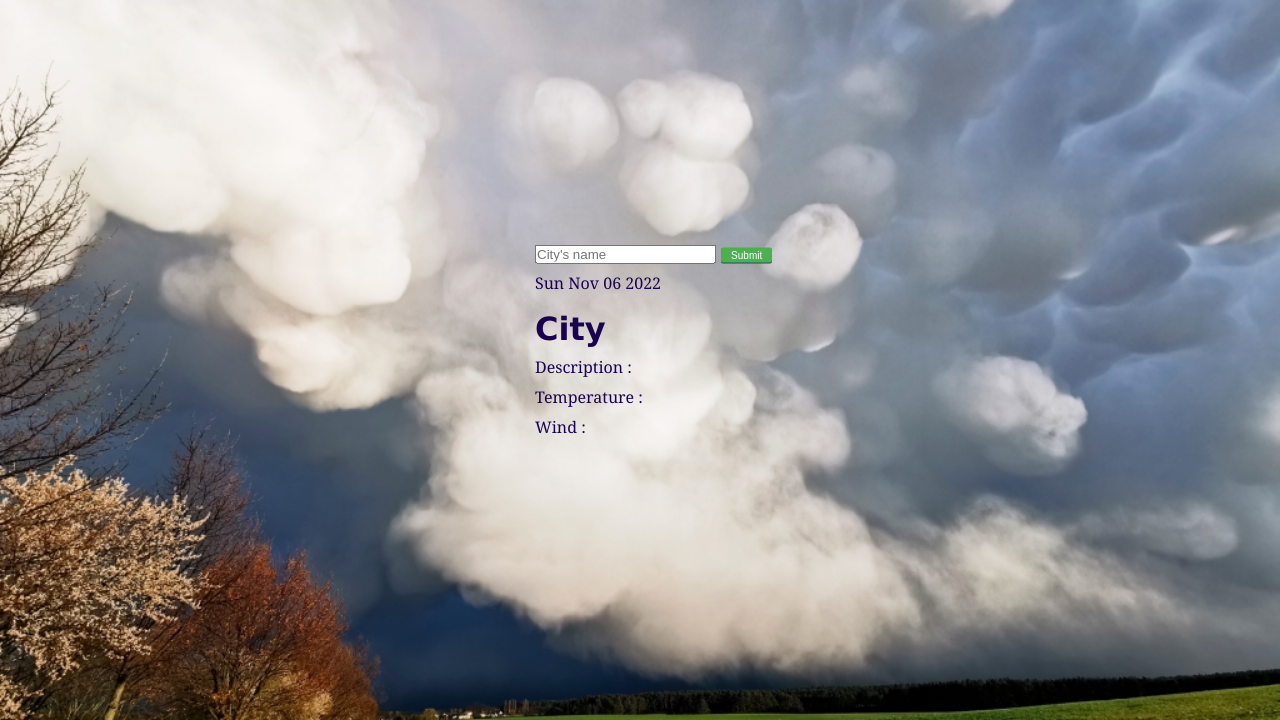
Repository: heartbreathing/searchWeather
Page: index.html
The author's editor kept a copy of each file at every save. The page is drawn from the files as they stood at one save, then again after a run of saves.
The browser window is 1280 px wide. The pictures show the whole page.

Above is the page before, as saved 2022-11-06 23:36:30.

### index.html
<!DOCTYPE html>
<html lang="en">
  <head>
    <meta charset="UTF-8" />
    <meta http-equiv="X-UA-Compatible" content="IE=edge" />
    <meta name="viewport" content="width=device-width, initial-scale=1.0" />
    <title>search_weather</title>
    <link rel="stylesheet" href="index.css" />
  </head>
  <body>
    <div class="content">

      <form class="form">
        <input type="text" name="name" placeholder="City's name" />
        <button type="submit" class="btn">Submit</button>
      </form>
      <div class="time content_line"></div>
      <h1><span class="name" >City</span></h1>
      <p class="content_line">Description :<span class="description"></span></p>
      <p class="content_line">
        Temperature : <span class="temperature"></span>
      </p>
      <p class="content_line">Wind :<span class="wind"></span></p>

    </div>

    <script src="index.js"></script>
  </body>
</html>

### index.css
* {
    margin: 0;
    padding: 0;
    box-sizing: border-box ;
}
body {
    background-image: url(./image/background_image.jpg);
    background-size:100%;
    font-family: 'Lucida Sans', 'Lucida Sans Regular', 'Lucida Grande', 'Lucida Sans Unicode', Geneva, Verdana, sans-serif ;
    color: rgb(26, 2, 81);
}
.content {
    position: absolute;
    display: inline-block;
    width: 300px;
    top:50%;
    left:50%;
    transform: translate(-35%, -60%);
    row-gap: 1rem;
}
h1 {
    margin-top: 1rem;
}
.content_line {
    font-family:Cambria, Cochin, Georgia, Times, 'Times New Roman', serif ;
    font-size: 1rem;
    margin-top: 0.5rem;
}
.btn {
    background-color: #4CAF50; /* Green */
    border: none;
    color: white;
    padding: 2px 10px;
    text-align: center;
    text-decoration: none;
    display: inline-block;
    font-size: 10px;
    border-radius: 2px;
    box-shadow: 0 1px #27496d;

}

### index.js
    "use strict";
      let timeEl = document.querySelector('.time')

      function getTime(){
        timeEl.innerHTML = new Date().toDateString()
      }
      getTime()

      let form = document.querySelector('.form');
      let city;

      async function getData() {
        let res = await fetch(
          `https://goweather.herokuapp.com/weather/${city}`
        );
        const data = await res.json();

        const temp = document.querySelector('.temperature');
        const wind = document.querySelector('.wind');
        const forecast = document.querySelector('.content');
        const description = document.querySelector('.description');
        // const name = document.querySelector('.name')

        temp.innerHTML = data.temperature;
        wind.innerHTML = data.wind;
        description.innerHTML = data.description;
        // name.innerHTML = city

      }

      form.addEventListener('submit', function (event) {
        event.preventDefault();
        city = this.elements.name.value;
        getData();
      });

After the next 2 saves:
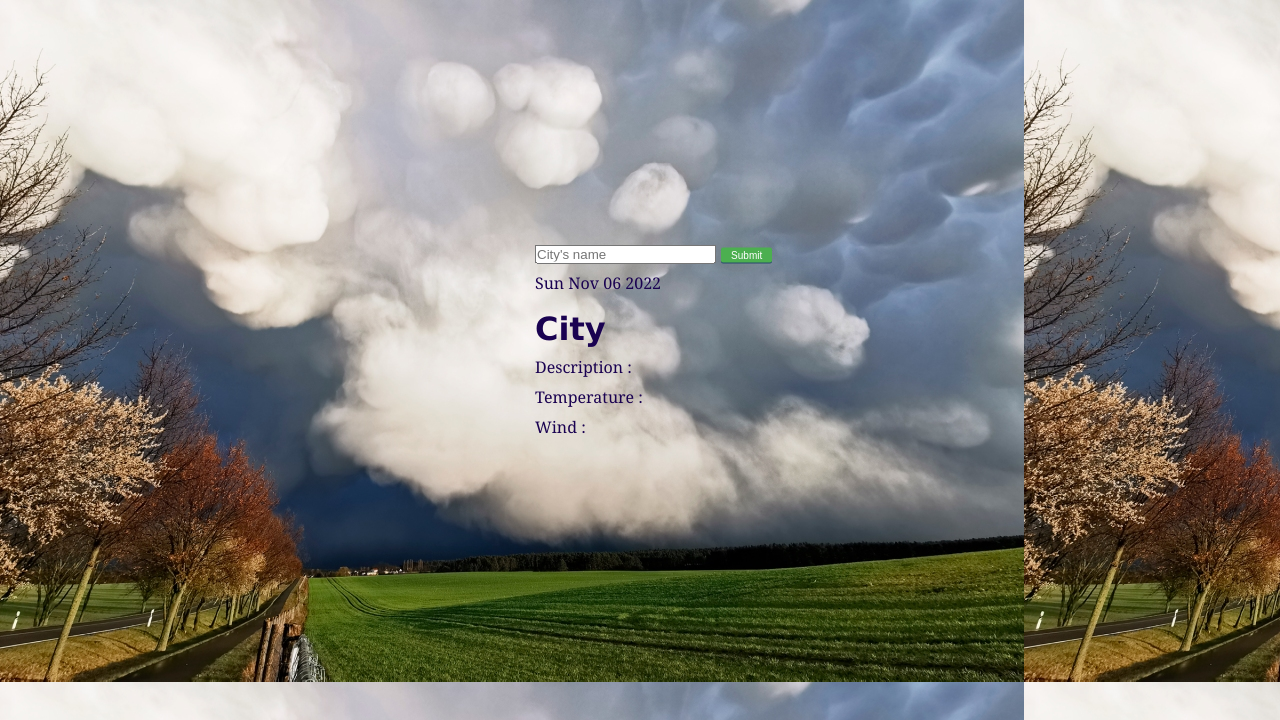
The 2 saves are shown as one change because they came seconds apart.
The last was saved 14 s later.
--- a/index.css
+++ b/index.css
@@ -5,6 +5,7 @@
 }
 body {
     background-image: url(./image/background_image.jpg);
+    bg
     background-size:100%;
     font-family: 'Lucida Sans', 'Lucida Sans Regular', 'Lucida Grande', 'Lucida Sans Unicode', Geneva, Verdana, sans-serif ;
     color: rgb(26, 2, 81);

After the 2 saves that followed:
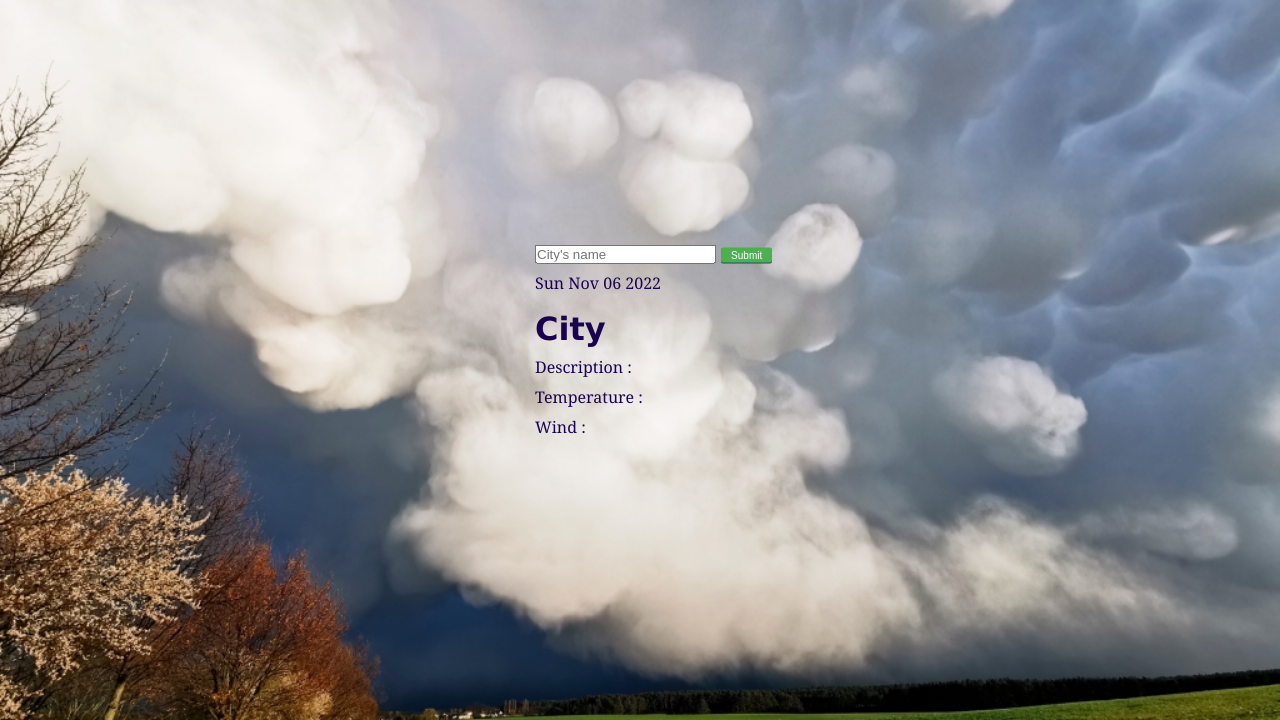
The 2 saves are shown as one change because they came seconds apart.
The last was saved 7 s later.
--- a/index.css
+++ b/index.css
@@ -5,7 +5,7 @@
 }
 body {
     background-image: url(./image/background_image.jpg);
-    bg
+    background-repeat: no-repeat;
     background-size:100%;
     font-family: 'Lucida Sans', 'Lucida Sans Regular', 'Lucida Grande', 'Lucida Sans Unicode', Geneva, Verdana, sans-serif ;
     color: rgb(26, 2, 81);
